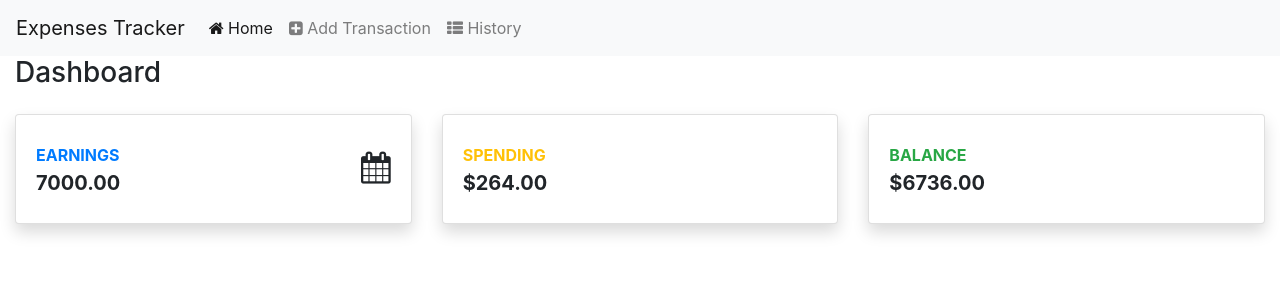
Repository: yucheng91/CI3-expenses-manager
Page: http://localhost/home
The author's editor kept a record of every edit. The page is drawn from the files as they stood at one moment, then again after the next edit.
The browser window is 1280 px wide. The pictures show the whole page.
The page is served by the project's application, run on Flask 3 (app.py). The database holds what the project's SQL file puts in it.

Above is the page before.

### templates/index.html
<!doctype html>
<html lang="en">

<head>
    <!-- Required meta tags -->
    <meta charset="utf-8">
    <meta name="viewport" content="width=device-width, initial-scale=1, shrink-to-fit=no">

    <!-- Bootstrap CSS -->
    <link rel="stylesheet" href="https://cdnjs.cloudflare.com/ajax/libs/font-awesome/4.7.0/css/font-awesome.css">
    <link rel="stylesheet" href="https://stackpath.bootstrapcdn.com/bootstrap/4.3.1/css/bootstrap.min.css" integrity="sha384-ggOyR0iXCbMQv3Xipma34MD+dH/1fQ784/j6cY/iJTQUOhcWr7x9JvoRxT2MZw1T" crossorigin="anonymous">
    <link rel="stylesheet" href="{{ url_for('static', filename='css/style.css') }}">

    <title>Hello, world!</title>
</head>

<body>
    <!--nav bar-->
    <nav class="navbar navbar-expand-sm navbar-light bg-light fixed-top">
  <a class="navbar-brand" href="#">Expenses Tracker</a>
  <button class="navbar-toggler" type="button" data-toggle="collapse" data-target="#navbarNav" aria-controls="navbarNav" aria-expanded="false" aria-label="Toggle navigation">
    <span class="navbar-toggler-icon"></span>
  </button>
  <div class="collapse navbar-collapse" id="navbarNav">
    <ul class="navbar-nav">
      <li class="nav-item active">
        <a class="nav-link" href="{{ url_for('home') }}"><i class="fa fa-home" aria-hidden="true"></i> Home</a>
      </li>
      <li class="nav-item">
        <a class="nav-link" href="{{ url_for('addtransaction') }}"><i class="fa fa-plus-square" aria-hidden="true"></i> Add Transaction</a>
      </li>
      <li class="nav-item">
        <a class="nav-link" href="{{ url_for('viewall') }}"><i class="fa fa-th-list" aria-hidden="true"></i> History</a>
      </li>
    </ul>
  </div>
    </nav>
    <!--end nav-->

<div id="content">
          <!-- Begin Page Content -->
        <div class="container-fluid">

          <!-- Page Heading -->
          <div class="d-sm-flex align-items-center justify-content-between mb-4">
            <h1 class="h3 mb-0 text-gray-800">Dashboard</h1>
          </div>

          <!-- Content Row -->
          <div class="row">

            <!-- Earnings (Monthly) Card Example -->
            <div class="col-xl-4 col-md-6 mb-4">
              <div class="card border-left-primary shadow h-100 py-2">
                <div class="card-body">
                  <div class="row no-gutters align-items-center">
                    <div class="col mr-2">
                      <div class="text-xs font-weight-bold text-primary text-uppercase mb-1">Earnings</div>
                      <div class="h5 mb-0 font-weight-bold text-gray-800">{{totaldebit['totaldebit']}}</div>
                    </div>
                    <div class="col-auto">
                      <i class="fa fa-calendar fa-2x text-gray-300"></i>
                    </div>
                  </div>
                </div>
              </div>
            </div>

            <!-- Earnings (Monthly) Card Example -->
            <div class="col-xl-4 col-md-6 mb-4">
              <div class="card border-left-warning shadow h-100 py-2">
                <div class="card-body">
                  <div class="row no-gutters align-items-center">
                    <div class="col mr-2">
                      <div class="text-xs font-weight-bold text-warning text-uppercase mb-1">Spending</div>
                      <div class="h5 mb-0 font-weight-bold text-gray-800">${{totalcredit['totalcredit']}}</div>
                    </div>
                    <div class="col-auto">
                      <i class="fa fa-dollar-sign fa-2x text-gray-300"></i>
                    </div>
                  </div>
                </div>
              </div>
            </div>

            <!-- Earnings (Monthly) Card Example -->
            <div class="col-xl-4 col-md-6 mb-4">
              <div class="card border-left-success shadow h-100 py-2">
                <div class="card-body">
                  <div class="row no-gutters align-items-center">
                    <div class="col mr-2">
                      <div class="text-xs font-weight-bold text-success text-uppercase mb-1">Balance</div>
                      <div class="h5 mb-0 font-weight-bold text-gray-800">${{balance['balance']}}</div>
                    </div>
                    <div class="col-auto">
                      <i class="fa fa-dollar-sign fa-2x text-gray-300"></i>
                    </div>
                  </div>
                </div>
              </div>
            </div>
        <!-- /.container-fluid -->
</div>

    <script src="https://code.jquery.com/jquery-3.3.1.slim.min.js" integrity="sha384-q8i/X+965DzO0rT7abK41JStQIAqVgRVzpbzo5smXKp4YfRvH+8abtTE1Pi6jizo" crossorigin="anonymous"></script>
    <script src="https://cdnjs.cloudflare.com/ajax/libs/popper.js/1.14.7/umd/popper.min.js" integrity="sha384-UO2eT0CpHqdSJQ6hJty5KVphtPhzWj9WO1clHTMGa3JDZwrnQq4sF86dIHNDz0W1" crossorigin="anonymous"></script>
    <script src="https://stackpath.bootstrapcdn.com/bootstrap/4.3.1/js/bootstrap.min.js" integrity="sha384-JjSmVgyd0p3pXB1rRibZUAYoIIy6OrQ6VrjIEaFf/nJGzIxFDsf4x0xIM+B07jRM" crossorigin="anonymous"></script>
</body>

</html>

### app.py
from flask import Flask, render_template, request, redirect, url_for
import os
import pymysql

connection = pymysql.connect(
    host='localhost', # IP address of the database; localhost means "the local machine"
    user="yucheng91",  #the mysql user
    password="coconuty", #the password for the user
    database="expenses" #the name of database we want to use
)

#if PHP doesn't show, perform $ sudo apt-get install --reinstall libapache2-mod-php7.2

app = Flask(__name__)

@app.route('/home')
def home():
    cursor = connection.cursor(pymysql.cursors.DictCursor)
    sql = "SELECT SUM(debit) AS totaldebit FROM transaction"
    cursor.execute(sql)
    totaldebit = cursor.fetchone()

    sql = "SELECT SUM(credit) AS totalcredit FROM transaction"
    cursor.execute(sql)
    totalcredit = cursor.fetchone()

    sql = "SELECT (SELECT SUM(debit) AS sumdebit FROM transaction) - (SELECT SUM(credit) AS sumcredit FROM transaction) AS balance FROM transaction"
    cursor.execute(sql)
    balance = cursor.fetchone()
    return render_template('index.html',totaldebit = totaldebit, totalcredit = totalcredit,balance=balance)

@app.route('/view-all')
def viewall():
    cursor = connection.cursor(pymysql.cursors.DictCursor)
    sql = "SELECT * FROM transaction JOIN categories ON transaction.categoriesid = categories.id JOIN mode ON transaction.modeid = mode.id JOIN account on transaction.accountid = account.id"
    cursor.execute(sql)
    results = []
    for r in cursor:
         results.append(r)

    sql = "SELECT SUM(debit) AS totaldebit FROM transaction"
    cursor.execute(sql)
    totaldebit = cursor.fetchone()

    sql = "SELECT SUM(credit) AS totalcredit FROM transaction"
    cursor.execute(sql)
    totalcredit = cursor.fetchone()

    sql = "SELECT (SELECT SUM(debit) AS sumdebit FROM transaction) - (SELECT SUM(credit) AS sumcredit FROM transaction) AS balance FROM transaction"
    cursor.execute(sql)
    balance = cursor.fetchone()

    return render_template('transaction_overview.html', data=results,totaldebit = totaldebit, totalcredit = totalcredit,balance=balance)

@app.route('/new-transaction/', methods=["GET"])
def addtransaction():

    cursor = connection.cursor(pymysql.cursors.DictCursor)
    sql = "SELECT * FROM mode"
    # fetch all genres and store it in a list
    cursor.execute(sql)
    mode = []
    for r in cursor:
        mode.append({
            'id' : r['id'],
            'name': r['mname']
        })

    # fetch all media type and store it in a list
    sql = "SELECT * FROM categories"
    cursor.execute(sql)
    categories = []
    for r in cursor:
        categories.append({
            'id':r['id'],
            'name': r['cname']
        })

    # fetch all media type and store it in a list
    sql = "SELECT * FROM account"
    cursor.execute(sql)
    account = []
    for r in cursor:
        account.append({
            'id':r['id'],
            'name': r['aname']
        })

    sql = "SELECT * FROM tag"
    cursor.execute(sql)
    tag = []
    for r in cursor:
        tag.append({
            'id':r['id'],
            'name': r['tname']
        })

    return render_template('new_transaction.html', mode=mode, categories=categories, account=account, tag=tag)

@app.route('/new-transaction/', methods=["POST"])
def process_addtransaction():
    transaction_name = request.form.get("transaction")
    category_name = request.form.get("category")
    mode_name = request.form.get("mode")
    by_name = request.form.get("by")
    debit_name = request.form.get("debit")
    if request.form.get("debit") == "":
        debit_name = "0"

    credit_name = request.form.get("credit")
    if request.form.get("credit") == "":
        credit_name = "0"

    cursor = connection.cursor(pymysql.cursors.DictCursor)

    sql = "INSERT INTO transaction (description,categoriesid,modeid,accountid,debit,credit) VALUE (%s,%s,%s,%s,%s,%s)"
    cursor.execute(sql,[transaction_name,category_name,mode_name,by_name,debit_name,credit_name])

    transactionid = cursor.lastrowid
    tagid = request.form.getlist("tag")
    for t in tagid:
        sql = "INSERT INTO transactiontag (transactionid,tagid) VALUE (%s,%s)"
        cursor.execute(sql,[transactionid,t])

    connection.commit()
    return redirect(url_for('viewall'))

# Edit transaction
@app.route('/view-all/edit/<id>')
def edit_transaction(id):

    cursor = connection.cursor(pymysql.cursors.DictCursor)
    sql = "SELECT * FROM transaction JOIN transactiontag ON transaction.id = transactiontag.transactionid JOIN tag ON transactiontag.tagid = tag.id WHERE transaction.id = {}".format(id)
    cursor.execute(sql)
    transaction = cursor.fetchone()

    sql = "DELETE FROM transactiontag WHERE transactiontag.transactionid = {}".format(id)
    cursor.execute(sql)

    sql = "SELECT * FROM mode"
    cursor.execute(sql)
    mode = []
    for r in cursor:
        mode.append({
            'id' : r['id'],
            'name': r['mname']
        })

    sql = "SELECT * FROM categories"
    cursor.execute(sql)
    categories = []
    for r in cursor:
        categories.append({
            'id':r['id'],
            'name': r['cname']
        })

    sql = "SELECT * FROM account"
    cursor.execute(sql)
    account = []
    for r in cursor:
        account.append({
            'id':r['id'],
            'name': r['aname']
        })

    sql = "SELECT * FROM tag"
    cursor.execute(sql)
    tag = []
    for r in cursor:
        tag.append({
            'id':r['id'],
            'name': r['tname']
        })

    return render_template('edit_transaction.html', transaction = transaction, mode=mode, categories=categories, account=account, tag=tag)

@app.route('/view-all/edit/<id>', methods=['POST'])
def update_transaction(id):
    transaction_name = request.form.get("transaction")
    category_name = request.form.get("category")
    mode_name = request.form.get("mode")
    by_name = request.form.get("by")
    debit_name = request.form.get("debit")
    if request.form.get("debit") == "":
        debit_name = "0"

    credit_name = request.form.get("credit")
    if request.form.get("credit") == "":
        credit_name = "0"

    cursor = connection.cursor(pymysql.cursors.DictCursor)

    cursor.execute("UPDATE transaction SET description = '{}',categoriesid = '{}',modeid = '{}',accountid = '{}',debit = '{}',credit = '{}' WHERE id = {}".format(transaction_name,category_name,mode_name,by_name,debit_name,credit_name,id))

    tagid = request.form.getlist("tag")
    for t in tagid:
        sql = "INSERT INTO transactiontag (transactionid,tagid) VALUE (%s,%s)"
        cursor.execute(sql,[id,t])

    connection.commit()
    return redirect(url_for('viewall'))

@app.route('/view-all/delete/<id>')
def confirm_delete_transaction(id):
    cursor = connection.cursor(pymysql.cursors.DictCursor)
    sql = "SELECT * FROM transaction JOIN categories ON transaction.categoriesid = categories.id JOIN mode ON transaction.modeid = mode.id JOIN account on transaction.accountid = account.id WHERE transaction.id = {}".format(id)
    cursor.execute(sql)
    transaction = cursor.fetchone()

    return render_template('delete_transaction.html', transaction = transaction)

@app.route('/view-all/delete/<id>', methods=['POST'])
def delete_transaction(id):
    cursor = connection.cursor(pymysql.cursors.DictCursor)
    sql = "DELETE FROM transactiontag WHERE transactiontag.transactionid = {}".format(id)
    cursor.execute(sql)

    sql = "DELETE FROM transaction WHERE transaction.id = {}".format(id)
    cursor.execute(sql)

    connection.commit()
    return redirect(url_for('viewall'))

# "magic code" -- boilerplate
if __name__ == '__main__':
    app.run(host=os.environ.get('IP'),
            port=int(os.environ.get('PORT')),
            debug=True)

### static/css/style.css
img {
    width:75%;
    margin-left:auto;
    margin-right:auto;
}

#content {
    padding-top:56px;
}

.btn {
    margin:3px;
}

@media (max-width: 255px){
body {
    font-size:90%;
}
}

@media (max-width: 255px){

#content{
padding-top:96px;
}

body {
    font-size:80%;
}
}

### database.sql (the tables this page reads)
CREATE TABLE `transaction` (
  `id` int(11) NOT NULL AUTO_INCREMENT,
  `description` text CHARACTER SET utf8 NOT NULL,
  `debit` decimal(11,2) DEFAULT '0.00',
  `credit` decimal(11,2) DEFAULT '0.00',
  `createdAt` timestamp NOT NULL DEFAULT CURRENT_TIMESTAMP ON UPDATE CURRENT_TIMESTAMP,
  `accountid` int(11) NOT NULL,
  `categoriesid` int(11) NOT NULL,
  `modeid` int(11) NOT NULL,
  PRIMARY KEY (`id`),
  KEY `accountid` (`accountid`),
  KEY `categoriesid` (`categoriesid`),
  KEY `modeid` (`modeid`),
  CONSTRAINT `transaction_ibfk_1` FOREIGN KEY (`accountid`) REFERENCES `account` (`id`),
  CONSTRAINT `transaction_ibfk_2` FOREIGN KEY (`categoriesid`) REFERENCES `categories` (`id`),
  CONSTRAINT `transaction_ibfk_3` FOREIGN KEY (`modeid`) REFERENCES `mode` (`id`)
) ENGINE=InnoDB AUTO_INCREMENT=19 DEFAULT CHARSET=latin1;

INSERT INTO `transaction` VALUES (1,'Code Institute : Income of the month July 2019',3500.00,0.00,'2019-08-22 07:41:18',1,9,1),(2,'SIM HQ Income of the Month : July 2019',3500.00,0.00,'2019-08-05 04:13:11',2,9,5),(3,'Taxi Taxi',0.00,40.00,'2019-08-23 05:56:58',1,4,3),(13,'Lunch Money for Brother\'s Dew school',0.00,40.00,'2019-08-20 08:15:28',1,3,1),(14,'RWS Day trip',0.00,154.00,'2019-08-20 08:17:02',2,7,3),(15,'New backpack',0.00,0.00,'2019-08-26 07:39:22',1,1,1),(16,'Test tag 1',0.00,10.00,'2019-08-27 06:24:42',1,1,1),(17,'test tag 2',0.00,20.00,'2019-08-27 06:24:58',1,1,1),(18,'test 1 + 2 ',0.00,0.00,'2019-08-27 06:55:37',2,7,3);

After the next edit:
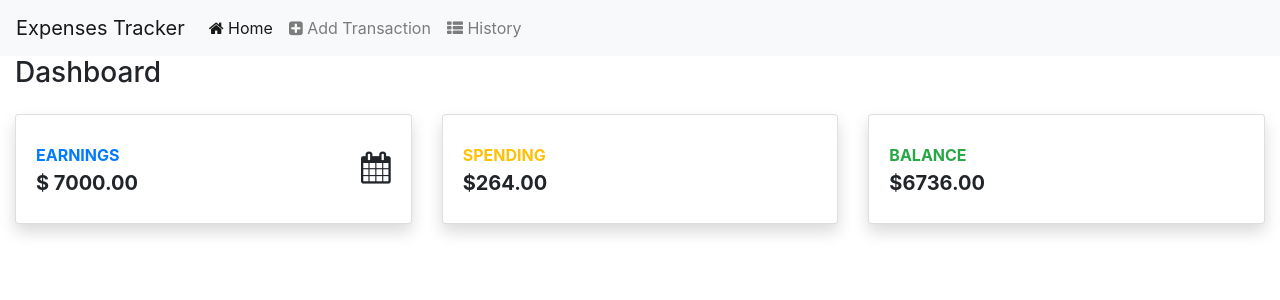
The edit:
--- a/templates/index.html
+++ b/templates/index.html
@@ -56,7 +56,7 @@
                   <div class="row no-gutters align-items-center">
                     <div class="col mr-2">
                       <div class="text-xs font-weight-bold text-primary text-uppercase mb-1">Earnings</div>
-                      <div class="h5 mb-0 font-weight-bold text-gray-800">{{totaldebit['totaldebit']}}</div>
+                      <div class="h5 mb-0 font-weight-bold text-gray-800">$ {{totaldebit['totaldebit']}}</div>
                     </div>
                     <div class="col-auto">
                       <i class="fa fa-calendar fa-2x text-gray-300"></i>
